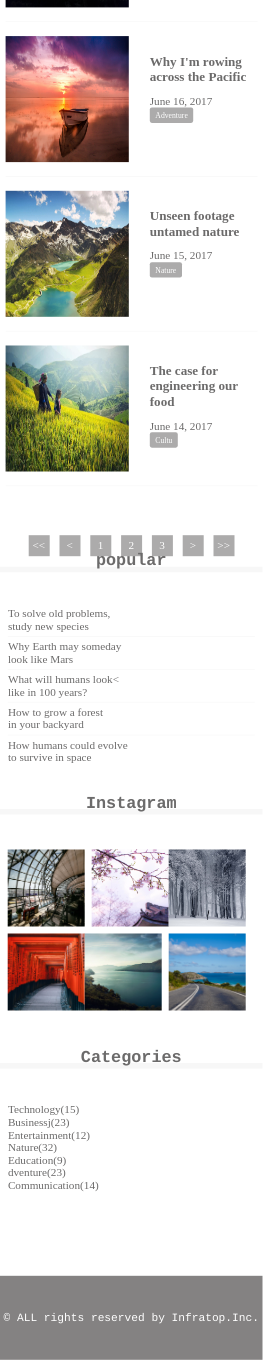
Repository: YuraTajima/DMM-all
Page: caravan/index.html
The author's editor kept a record of every edit. The page is drawn from the files as they stood at one moment, then again after the next edit.
The browser window is 375 px wide. The pictures show the part of the page from y = 1021 to 3261 px (the page is 2964 px tall before and 3261 px after), at 70% of full size.
Some web libraries are served in a nearby version.

Above is the page before.

After the next edit:
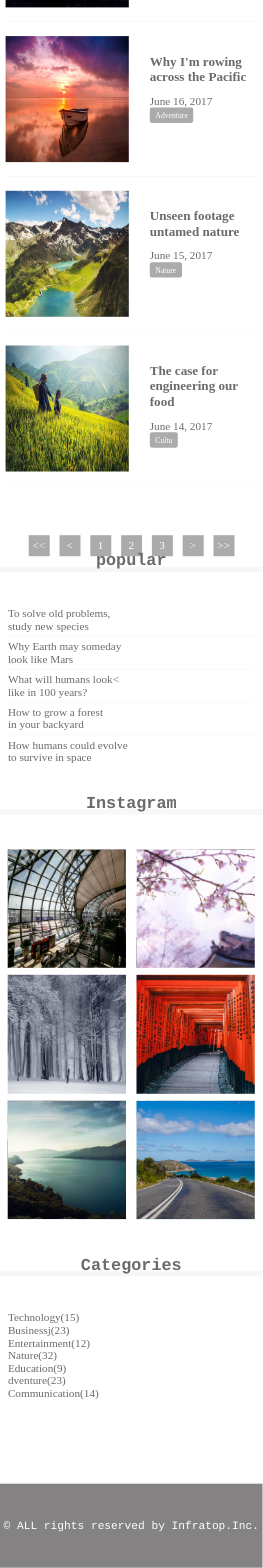
The edit:
--- a/caravan/style.css
+++ b/caravan/style.css
@@ -301,9 +301,16 @@
     padding-right: 3%;
   }
 
-  .instagram-
-
-
-
-
-}
+  .instagram-box{
+    width: 48%;
+    padding-top: 48%;
+  }
+
+  .instagram-box:nth-child(odd){
+    margin-right: 4%;
+  }
+
+
+
+
+}
